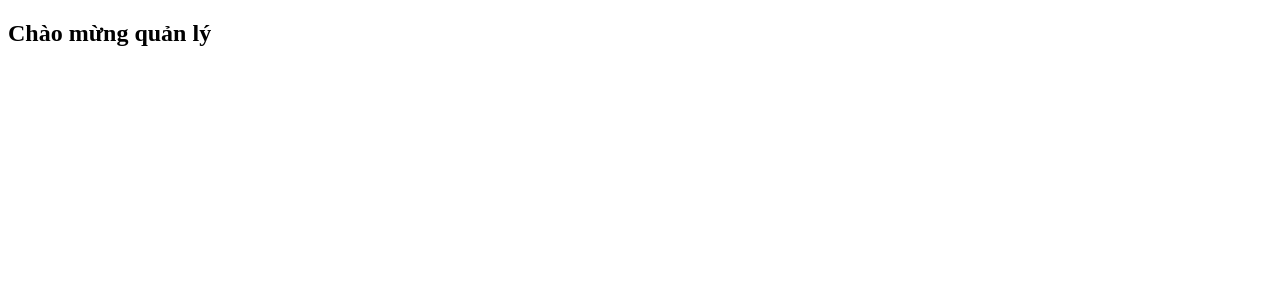
Repository: duy59/cineman
Page: http://localhost/cineman-main/quanlychinh303.jsp
The author's editor kept a copy of each file at every save. The page is drawn from the files as they stood at one save, then again after the next save.
The browser window is 1280 px wide. The pictures show the whole page.
The page is served by Tomcat 9. Other server files are loaded and not shown.

Above is the page before, as saved 2024-11-01 03:27:45.

### cineman-main/src/main/webapp/quanlychinh303.jsp
<%@ page contentType="text/html; charset=UTF-8" pageEncoding="UTF-8" %>

<!DOCTYPE html>
<html>
<head>
    <meta charset="UTF-8">
    <title>Quản lý</title>
</head>
<body>
    <h2>Chào mừng quản lý</h2>
</body>
</html>

After the next save:
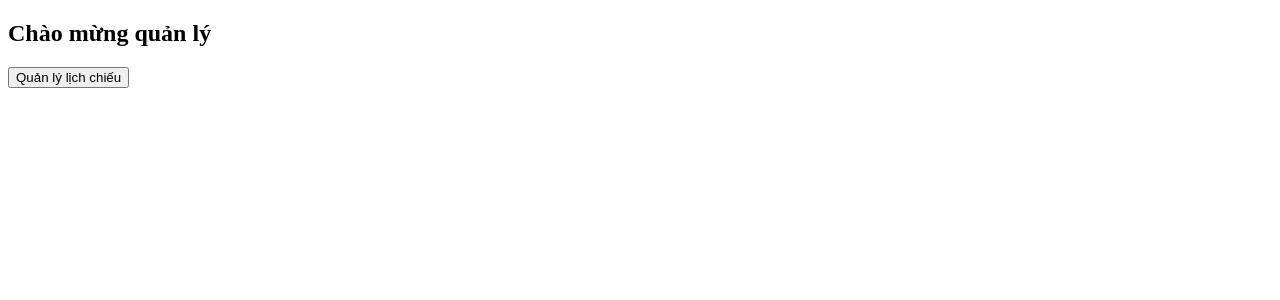
Saved 15 min 8 s later.
--- a/cineman-main/src/main/webapp/quanlychinh303.jsp
+++ b/cineman-main/src/main/webapp/quanlychinh303.jsp
@@ -8,5 +8,6 @@
 </head>
 <body>
     <h2>Chào mừng quản lý</h2>
+    <button onclick="window.location.href='quanlylichchieu303.jsp'">Quản lý lịch chiếu</button>
 </body>
 </html>
